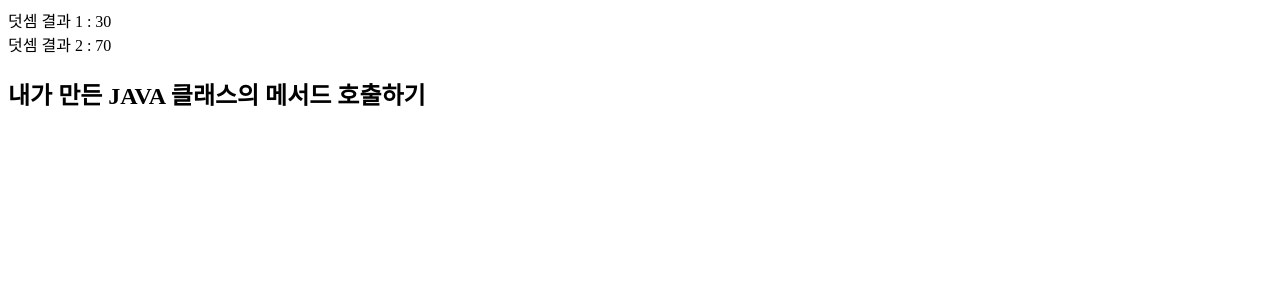
Repository: iamstudybox00/JSP_Servlet
Page: http://localhost/MustHaveJSP/01DirectiveScript/ScriptElements.jsp
The author's editor kept a copy of each file at every save. The page is drawn from the files as they stood at one save, then again after the next save.
The browser window is 1280 px wide. The pictures show the whole page.
The page is served by Tomcat 10.

Above is the page before, as saved 2025-05-02 07:05:10.

After the next save:
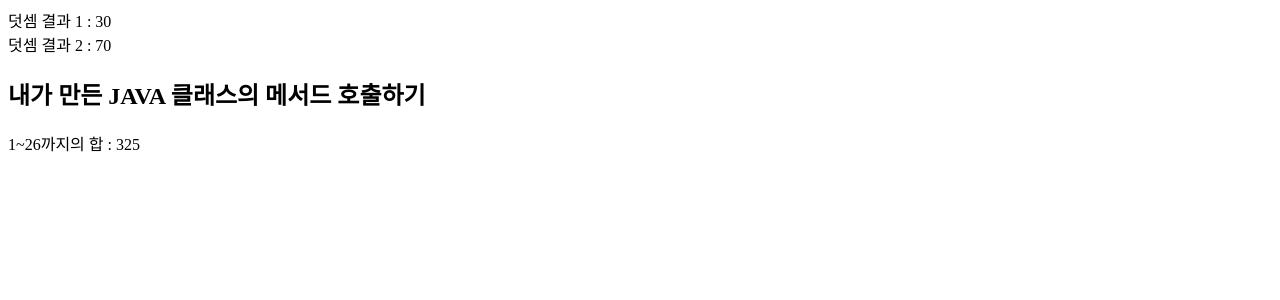
Saved 20 s later.
--- a/MustHaveJSP/src/main/webapp/01DirectiveScript/ScriptElements.jsp
+++ b/MustHaveJSP/src/main/webapp/01DirectiveScript/ScriptElements.jsp
@@ -22,6 +22,7 @@ public int add(int num1, int num2){
 		<h2>내가 만든 JAVA 클래스의 메서드 호출하기</h2>
 		<%
 		int sum = MyClass.myFunc(1, 26);
+		out.println("1~26까지의 합 : " + sum);
 		%>
 	</body>
 </html>
